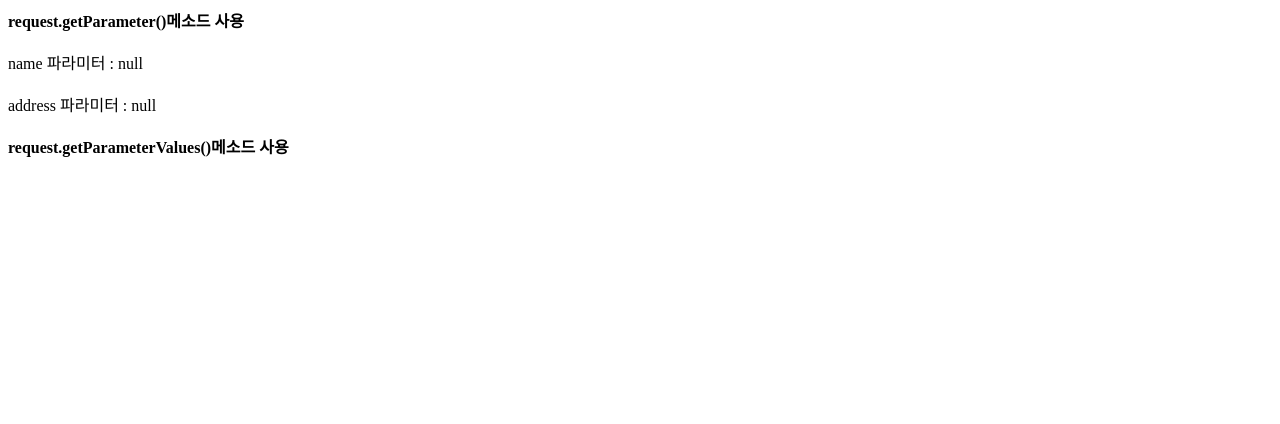
Repository: seminocoe/JSP_STUDY
Page: http://localhost/ServletProject/implicit/viewParameter.jsp
These files come from the project's save history. The page is drawn as it stood at one moment and after the next save; the edit follows.
The browser window is 1280 px wide. The pictures show the whole page.
The page is served by Tomcat 9. Nobody is signed in. The application's start-up code is not run.

Above is the page before, as saved 2022-08-02 02:10:57.

After the next save:
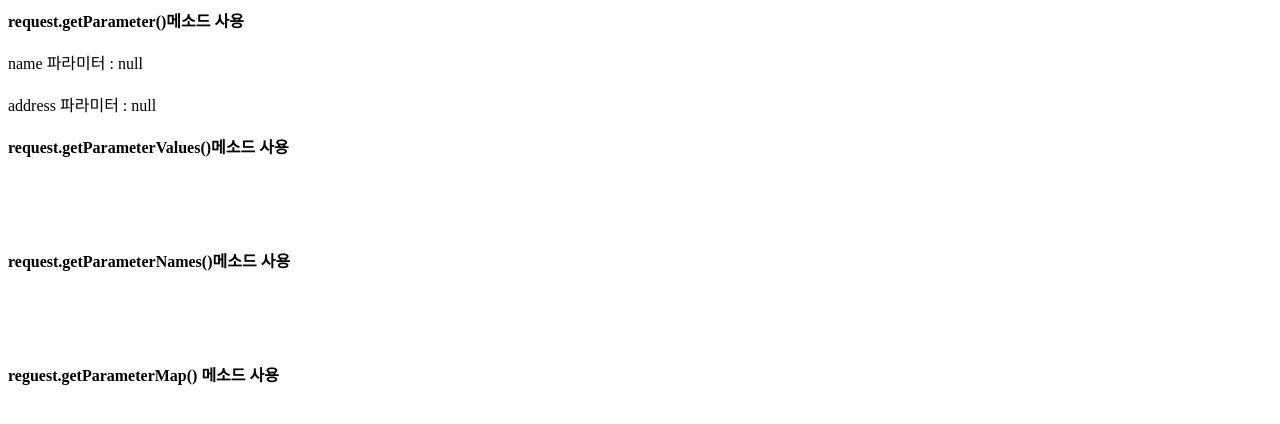
Saved 9 min 11 s later.
--- a/ServletProject/src/main/webapp/implicit/viewParameter.jsp
+++ b/ServletProject/src/main/webapp/implicit/viewParameter.jsp
@@ -30,5 +30,35 @@ address 파라미터 : <%= request.getParameter("address") %> <br><br>
 		}//end for
 	}//end if
 %>
+
+<br><br><br><br>
+
+
+
+
+<b>request.getParameterNames()메소드 사용</b><br><br>
+<%
+Enumeration enumData = request.getParameterNames();
+	while(enumData.hasMoreElements()){
+		String name = (String)enumData.nextElement();
+%>
+	<%= name  %>
+<%
+	}//while end
+%>
+
+<br><br><br><br>
+<b>reguest.getParameterMap() 메소드 사용</b><br><br>
+<%
+Map parameterMap = request.getParameterMap();
+
+String[] nameParam = (String[])parameterMap.get("name");
+if(nameParam != null){
+
+%>
+	<%= nameParam[0] %>
+<%
+}//if end
+%>
 </body>
 </html>
